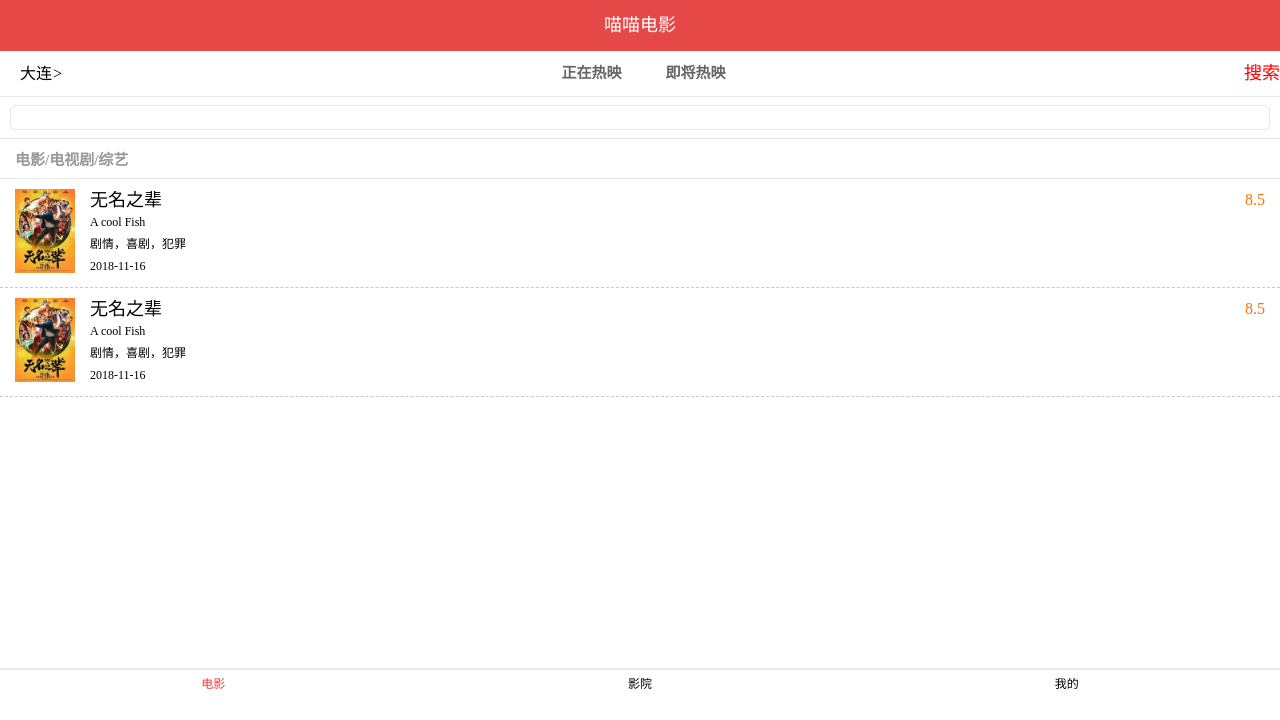
Repository: X-J-0/miaomiao_film
Page: /movie/search (app in miaomiao/)
These files come from the project's save history. The page is drawn as it stood at one moment and after the next save; the edit follows.
The browser window is 1280 px wide. The pictures show the whole page.
The project was rebuilt for these pictures with package versions that can differ from the ones it lists, and the page was loaded fresh each time. Also part of the build but not shown: miaomiao/vue.config.js. Imported but missing from the stored project, and not drawn on this page: miaomiao/src/components/Brand, miaomiao/src/components/Special.

Above is the page before, as saved 2020-03-26 15:58:13.

After the next save:
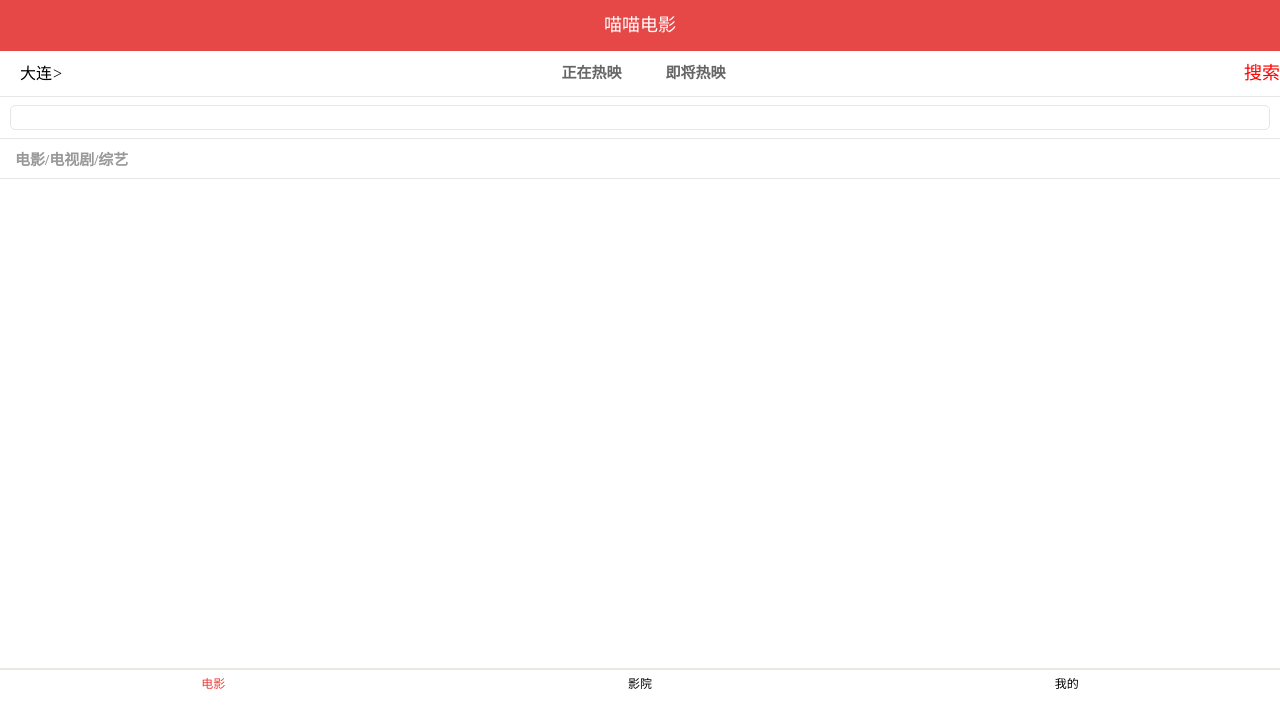
Saved 7 min 43 s later.
--- a/miaomiao/src/components/Search/index.vue
+++ b/miaomiao/src/components/Search/index.vue
@@ -9,22 +9,13 @@
     <div class="search_result">
       <h3>电影/电视剧/综艺</h3>
       <ul>
-        <li>
-          <div class="img"><img src="/images/movie_1.jpg"></div>
+        <li v-for="item in movieList" :key="item.id">
+          <div class="img"><img :src="item.img |setWH('128.180')"></div>
           <div class="info">
-            <p><span>无名之辈</span><span>8.5</span></p>
-            <p>A cool Fish</p>
-            <p>剧情，喜剧，犯罪</p>
-            <p>2018-11-16</p>
-          </div>
-        </li>
-        <li>
-          <div class="img"><img src="/images/movie_1.jpg"></div>
-          <div class="info">
-            <p><span>无名之辈</span><span>8.5</span></p>
-            <p>A cool Fish</p>
-            <p>剧情，喜剧，犯罪</p>
-            <p>2018-11-16</p>
+            <p><span>{{item.nm}}</span><span>{{item.sc}}</span></p>
+            <p>{{item.enm}}</p>
+            <p>{{item.cat}}</p>
+            <p>{{item.rt}}</p>
           </div>
         </li>
       </ul>
@@ -43,7 +34,13 @@ export default {
   },
   watch:{
     message(newVal){
-      console.log(newVal);
+      this.axios.get('/api/searchList?cityId=10&kw='+newVal).then((res)=>{
+        var msg = res.data.msg;
+        var movies = res.data.data.movies;
+        if(msg && movies){
+          this.moviesList = res.data.data.movies;
+        }
+      })
     }
   }
 }
